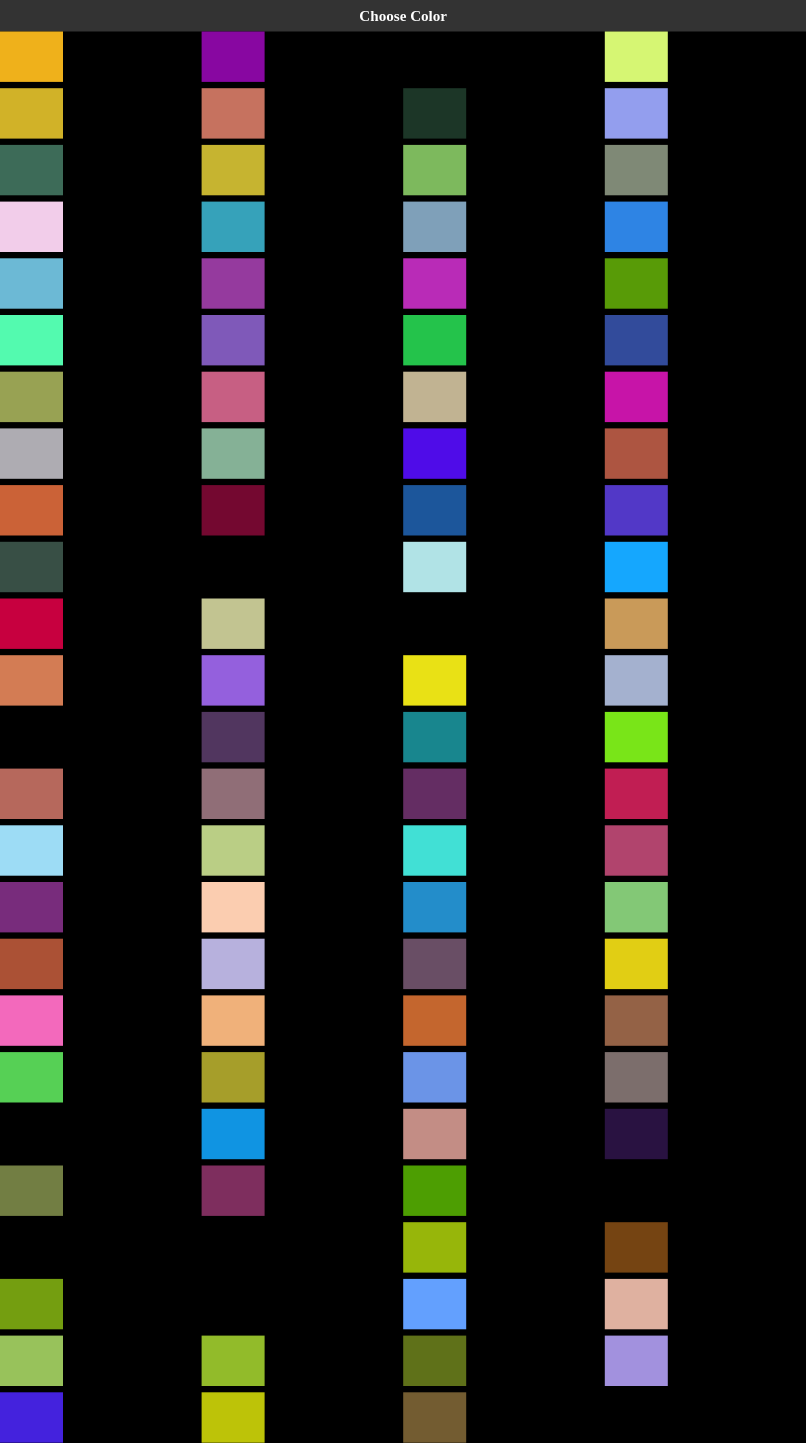
Repository: Modelc/ColorCodes
Page: index.html
The author's editor kept a copy of each file at every save. The page is drawn from the files as they stood at one save, then again after the next save.
The browser window is 1280 px wide. The pictures show the whole page, at 63% of full size.

Above is the page before, as saved 2022-12-06 10:09:48.

### index.html
<!-- index.html -->
<html>
  <head>
    <title>Color Generator</title>
    <style>
      body {
        margin: 0;
        background-color: black;
      }

      nav {
        display: flex;
        justify-content: center;
        align-items: center;
        height: 50px;
        background-color: #333;
        color: white;
      }

      #color-container {
        display: grid;
        grid-template-columns: repeat(4, 1fr);
        grid-row-gap: 10px;
        justify-content: center;
        align-items: center;
      }

      .color-box {
        cursor: pointer;
        width: 100px;
        height: 80px;
        display: flex;
        justify-content: center;
        align-items: center;
      }

      .color-box:hover {
        position: relative;
      }

      .color-box:hover:after {
        content: attr(data-hex);
        position: absolute;
        bottom: 5px;
        right: 5px;
        background-color: white;
        padding: 5px;
      }
    </style>
  </head>
  <body>
    <nav>
      <h1>Choose Color</h1>
    </nav>
    <div id="color-container"></div>
    <script>
      const colorContainer = document.getElementById("color-container");

      for (let i = 0; i < 100; i++) {
        // Generate a random color code in the hexadecimal format
        const colorCode =
          "#" + Math.floor(Math.random() * 16777215).toString(16);

        // Create a new "color-box" div element and set its background color to the generated color code
        const colorBox = document.createElement("div");
        colorBox.classList.add("color-box");
        colorBox.style.backgroundColor = colorCode;
        colorBox.setAttribute("data-hex", colorCode);

        // Add the "color-box" div element to the "color-container" div element
        colorContainer.appendChild(colorBox);
      }
    </script>
  </body>
</html>

After the next save:
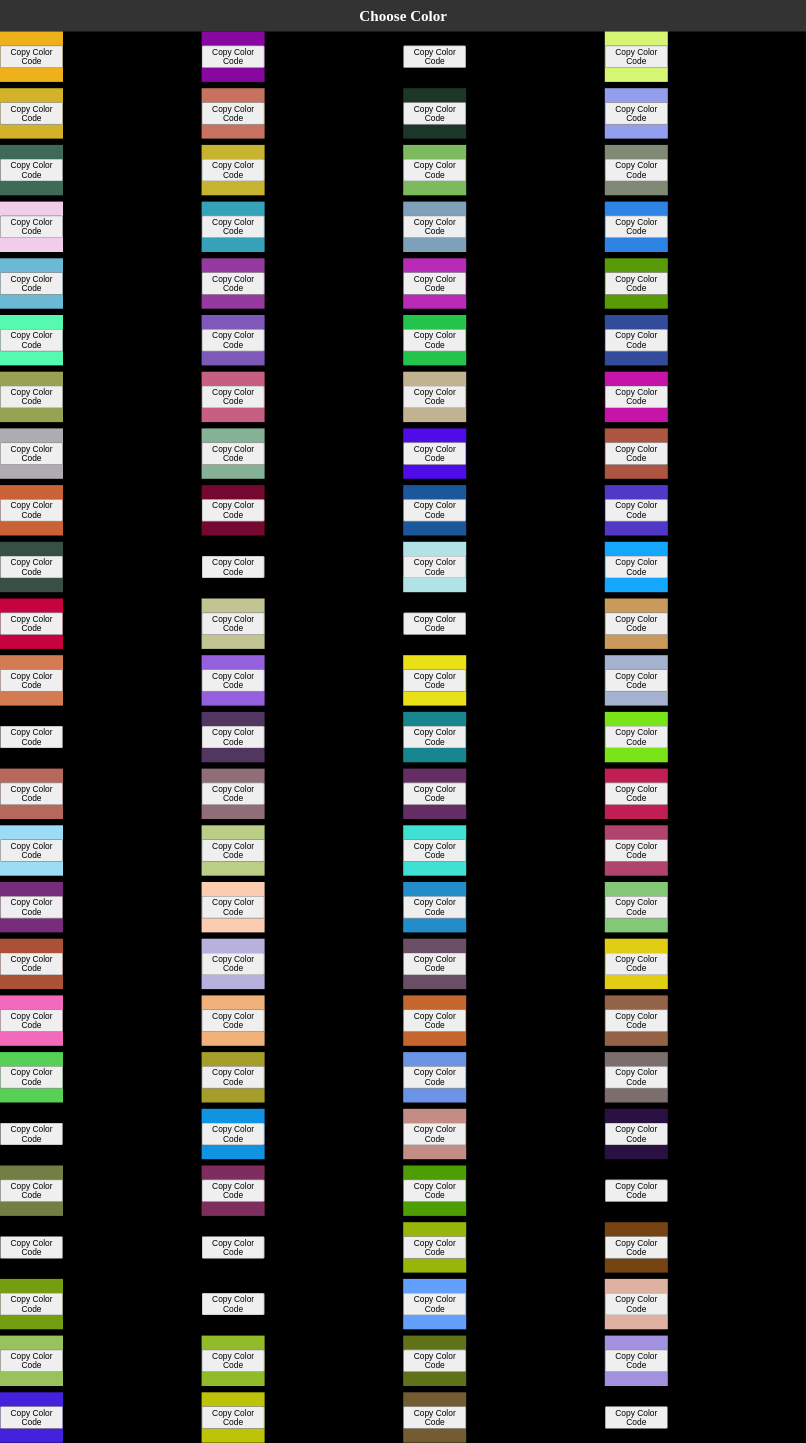
Saved 6 h 34 min later.
--- a/index.html
+++ b/index.html
@@ -67,6 +67,15 @@
         colorBox.style.backgroundColor = colorCode;
         colorBox.setAttribute("data-hex", colorCode);
 
+        // Add a button to the "color-box" div element that, when clicked, copies the corresponding color code to the user's clipboard
+        const copyButton = document.createElement("button");
+        copyButton.innerHTML = "Copy Color Code";
+        copyButton.addEventListener("click", () => {
+          const colorCode = colorBox.getAttribute("data-hex");
+          navigator.clipboard.writeText(colorCode);
+        });
+        colorBox.appendChild(copyButton);
+
         // Add the "color-box" div element to the "color-container" div element
         colorContainer.appendChild(colorBox);
       }

After the save that followed:
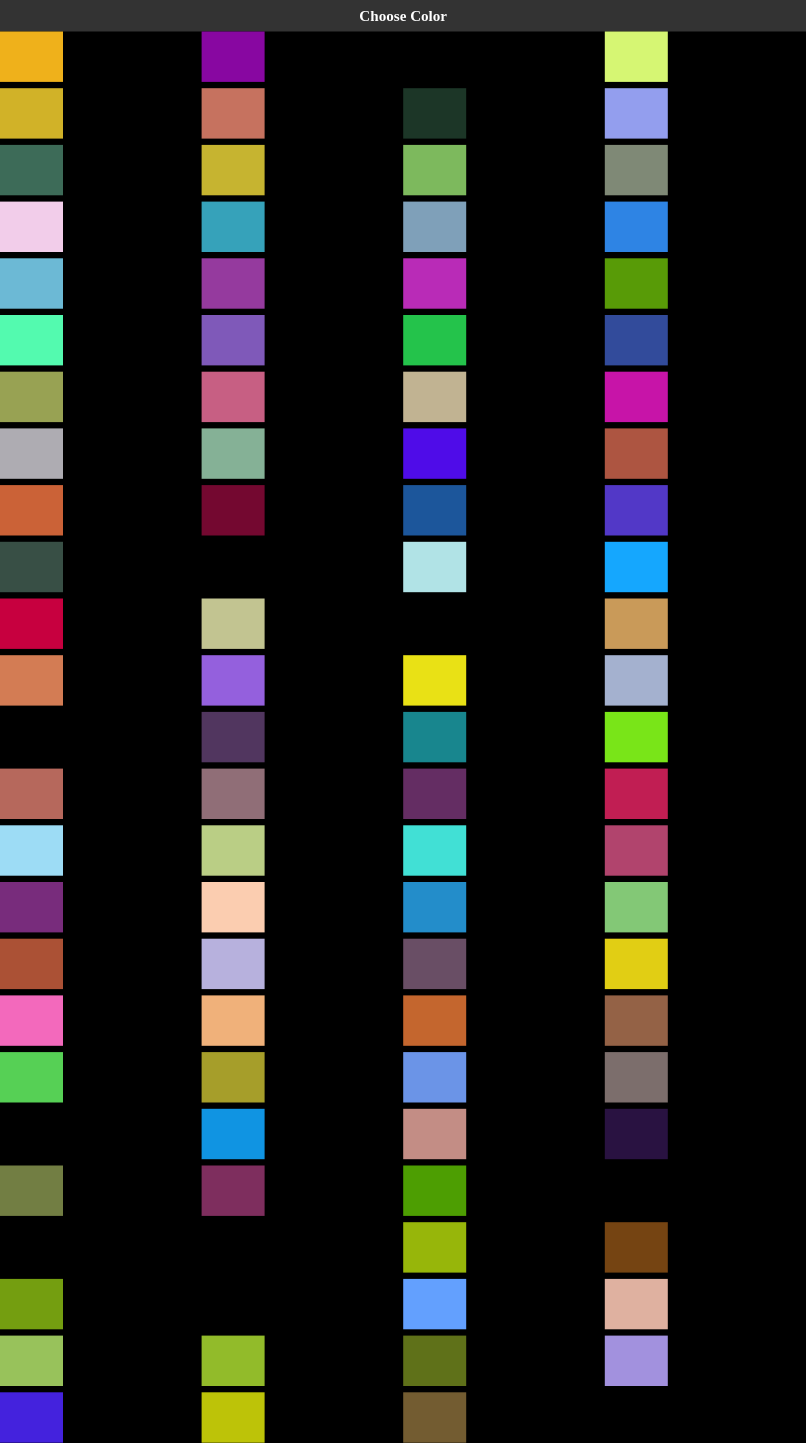
Saved 3 min 38 s later.
--- a/index.html
+++ b/index.html
@@ -79,6 +79,20 @@
         // Add the "color-box" div element to the "color-container" div element
         colorContainer.appendChild(colorBox);
       }
+
+      // Use the :hover pseudo-class in CSS to make the "Copy Color Code" button visible only when the user hovers over the corresponding "color-box" div element
+      const css = `
+  .color-box:hover button {
+    display: block;
+  }
+
+  button {
+    display: none;
+  }
+`;
+      const styleElement = document.createElement("style");
+      styleElement.innerHTML = css;
+      document.head.appendChild(styleElement);
     </script>
   </body>
 </html>
